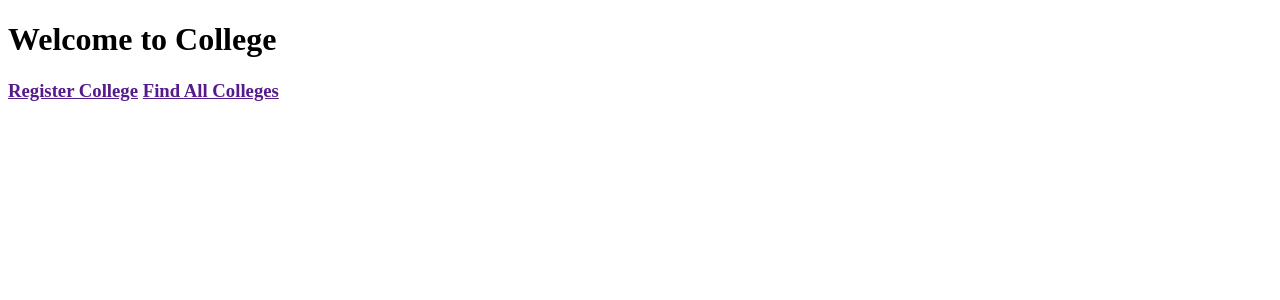
Repository: aamir5773/ServletJsp
Page: http://localhost/ProfessionalCollegee/
The author's editor kept a copy of each file at every save. The page is drawn from the files as they stood at one save, then again after the next save.
The browser window is 1280 px wide. The pictures show the whole page.
The page is served by Tomcat 9. Other server files are loaded and not shown.

Above is the page before, as saved 2019-11-01 10:44:17.

### ProfessionalCollegee/WebContent/index.jsp
<%@ page language="java" contentType="text/html; charset=ISO-8859-1"
    pageEncoding="ISO-8859-1"%>
<!DOCTYPE html PUBLIC "-//W3C//DTD HTML 4.01 Transitional//EN" "http://www.w3.org/TR/html4/loose.dtd">
<html>
<head>
<meta http-equiv="Content-Type" content="text/html; charset=ISO-8859-1">
<title>Professional College</title>
</head>
<body>
	<h1>Welcome to College</h1>
	<h3>
		<a href=''>Register College</a>
		<a href=''>Find All Colleges</a>
	</h3>

	<!-- <h3>
		<a href='AddUser.jsp'>Add User</a><br>
		<a href='showUsers.view'>Find All Users</a>
	</h3> -->

</body>
</html>

After the next save:
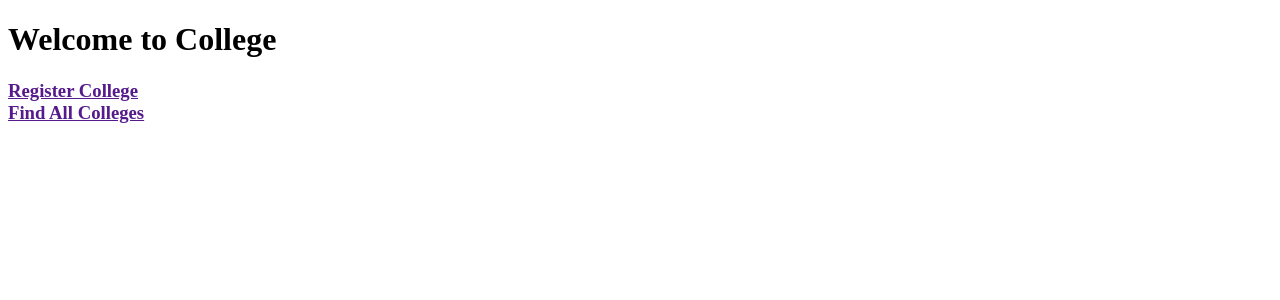
Saved 14 s later.
--- a/ProfessionalCollegee/WebContent/index.jsp
+++ b/ProfessionalCollegee/WebContent/index.jsp
@@ -9,12 +9,12 @@
 <body>
 	<h1>Welcome to College</h1>
 	<h3>
-		<a href=''>Register College</a>
+		<a href=''>Register College</a> <br>
 		<a href=''>Find All Colleges</a>
 	</h3>
 
 	<!-- <h3>
-		<a href='AddUser.jsp'>Add User</a><br>
+		<a href='AddUser.jsp'>Add User</a>
 		<a href='showUsers.view'>Find All Users</a>
 	</h3> -->
 
